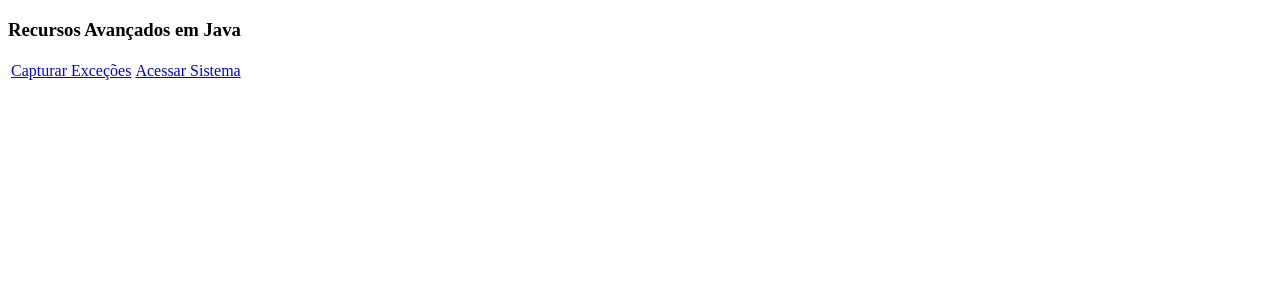
Repository: VictorGOrellana/RecursosJava
Page: http://localhost/curso.edu/
An editor plug-in stored every save of this project. The page is shown before and after the next save, followed by the edit.
The browser window is 1280 px wide. The pictures show the whole page.
The page is served by Tomcat 9. Other server files are loaded and not shown.

Above is the page before, as saved 2019-07-23 17:41:05.

### curso.edu/WebContent/index.jsp
<%@ page language="java" contentType="text/html; charset=ISO-8859-1"
    pageEncoding="ISO-8859-1"%>
<!DOCTYPE html>
<html>
<head>

<meta charset="ISO-8859-1">
<title>Recursos Avançados Em Java</title>


</head>
<body>

	<h3>Recursos Avançados em Java</h3>

	<table>
	 <tr>
	 	<td>
	 		<a href="capturarExcecoes.jsp">Capturar Exceções</a>

	 	</td>
	 		<td>
	 		<a href="capturarExcecoes.jsp">Acessar Sistema</a>

	 	</td>
	 </tr>
	</table>

</body>
</html>

After the next save:
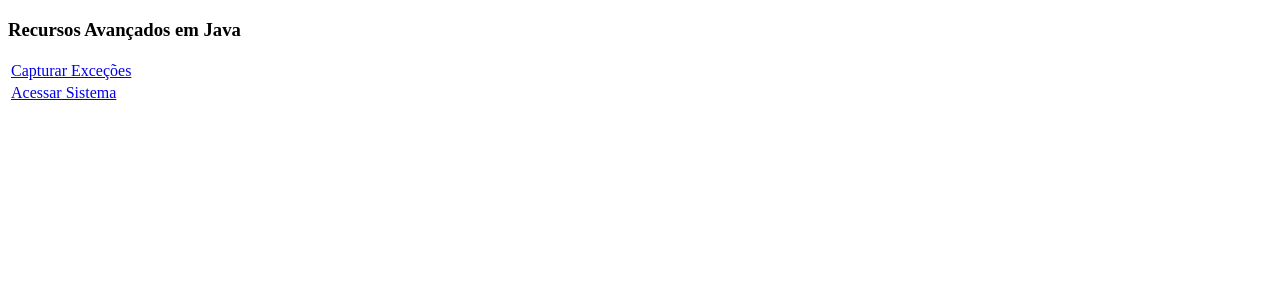
Saved 59 min 36 s later.
--- a/curso.edu/WebContent/index.jsp
+++ b/curso.edu/WebContent/index.jsp
@@ -1,5 +1,5 @@
 <%@ page language="java" contentType="text/html; charset=ISO-8859-1"
-    pageEncoding="ISO-8859-1"%>
+	pageEncoding="ISO-8859-1"%>
 <!DOCTYPE html>
 <html>
 <head>
@@ -14,16 +14,12 @@
 	<h3>Recursos Avançados em Java</h3>
 
 	<table>
-	 <tr>
-	 	<td>
-	 		<a href="capturarExcecoes.jsp">Capturar Exceções</a>
-
-	 	</td>
-	 		<td>
-	 		<a href="capturarExcecoes.jsp">Acessar Sistema</a>
-
-	 	</td>
-	 </tr>
+		<tr>
+			<td><a href="capturarExcecoes.jsp">Capturar Exceções</a></td>
+		</tr>
+		<tr>
+			<td><a href="capturarExcecoes.jsp">Acessar Sistema</a></td>
+		</tr>
 	</table>
 
 </body>
